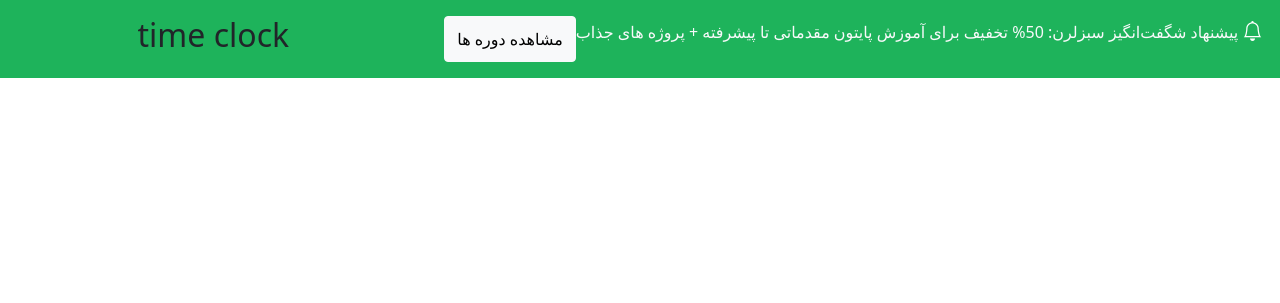
Repository: mobina-mirzaei/final-project-mirzaei
Page: index.html
The author's editor kept a copy of each file at every save. The page is drawn from the files as they stood at one save, then again after the next save.
The browser window is 1280 px wide. The pictures show the whole page.
The style sheet was rebuilt from its Sass, Less or Tailwind sources for each picture, by a compiler version that may differ from the author's.

Above is the page before, as saved 2025-06-05 21:40:46.

### index.html
<!DOCTYPE html>
<html lang="fa" dir="rtl">
  <head>
    <meta charset="UTF-8" />
    <meta name="viewport" content="width=device-width, initial-scale=1.0" />
    <link
      rel="stylesheet"
      href="./assets/bootstrap-5.1.3-dist/bootstrap-5.1.3-dist/css/bootstrap.rtl.min.css"
    />
    <script
      src="./assets/bootstrap-5.1.3-dist/bootstrap-5.1.3-dist/js/bootstrap.bundle.min.js"
      defer
    ></script>
    <link rel="stylesheet" href="./assets/css/main.css" />
    <link rel="stylesheet" href="https://cdn.jsdelivr.net/npm/bootstrap-icons@1.10.5/font/bootstrap-icons.css"/>
    <title>SabzLearn</title>
  </head>
  <body>
    <div class="container-fluid">
      <div class="row d-flex justify-content-between aling-items-center pre-nav py-3">
        <div class="col-lg-8 d-flex justify-content-center aling-items-center">
            <span class="text-light">
                <i class="bi bi-bell" style="color: white; font-size: 20px;"></i>
                پیشنهاد شگفت‌انگیز سبزلرن: 50% تخفیف برای آموزش پایتون مقدماتی تا
                پیشرفته + پروژه های جذاب
            </span>
            <button type="button" class="btn btn-light">مشاهده دوره ها</button>
        </div>
        <div class="col-lg-4 d-flex justify-content-center aling-items-center">
            <h2>time clock</h2>
        </div>
      </div>
      <div class="row">
        <div class="col-lg-12 g-0 back-img">
            <!-- <img src="./assets/images/hero-section.webp" alt="" class="cover img-fluid "> -->
        </div>
      </div>
    </div>
  </body>
</html>

### assets/scss/main.scss
.pre-nav{
    background-color:rgb(30 179 91);
}
.back-img{
    background-image: url(../images/hero-section.webp);
    background-repeat: no-repeat;
    height: auto;
}

Loaded but not shown: assets/bootstrap-5.1.3-dist/bootstrap-5.1.3-dist/css/bootstrap.rtl.min.css (library); assets/bootstrap-5.1.3-dist/bootstrap-5.1.3-dist/js/bootstrap.bundle.min.js (library)

After the next save:
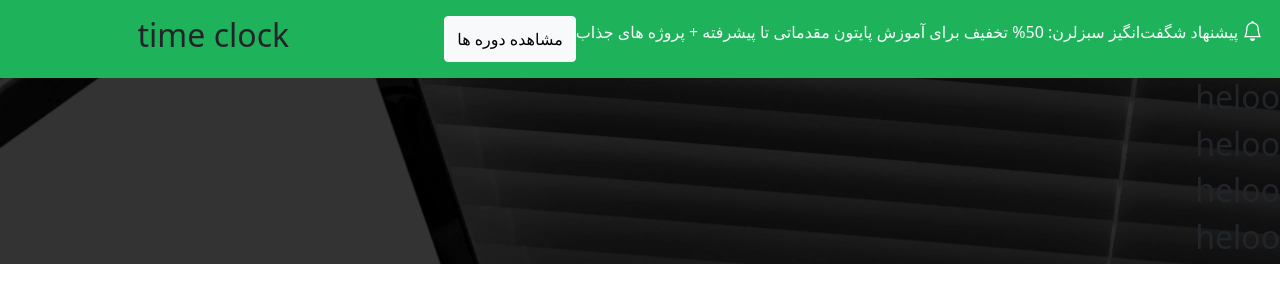
Saved 2 min 33 s later.
--- a/index.html
+++ b/index.html
@@ -33,6 +33,13 @@
       <div class="row">
         <div class="col-lg-12 g-0 back-img">
             <!-- <img src="./assets/images/hero-section.webp" alt="" class="cover img-fluid "> -->
+             <h2>heloo</h2>
+             <h2>heloo</h2>
+
+             <h2>heloo</h2>
+
+             <h2>heloo</h2>
+
         </div>
       </div>
     </div>
